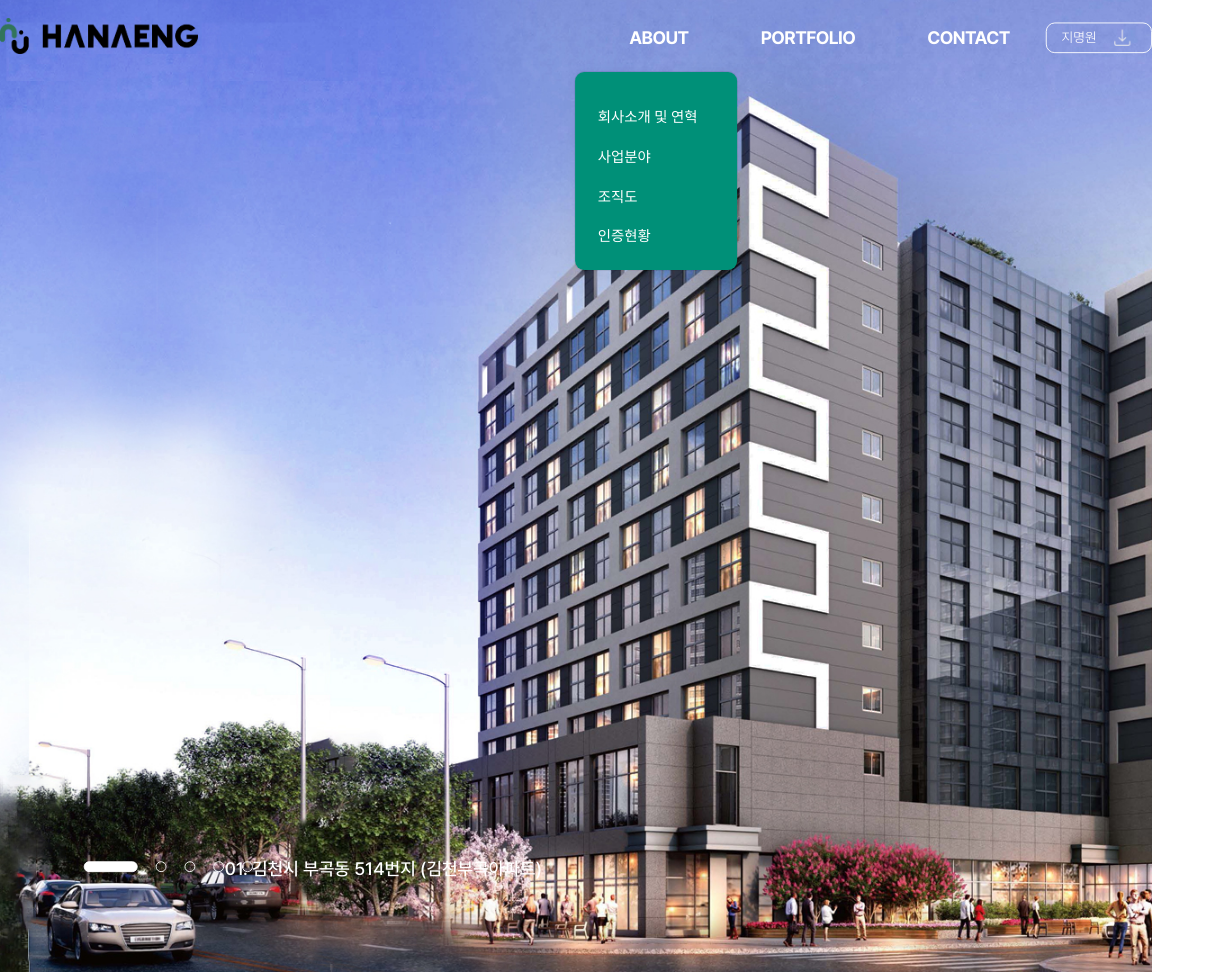
Repository: makeditWeb/hanaenc
Page: main.html
The author's editor kept a copy of each file at every save. The page is drawn from the files as they stood at one save, then again after the next save.
The browser window is 1280 px wide. The page is 1363 px wide, so the pictures cover 1363 px, including what lies to the right of the window. The pictures show the whole page, at 90% of full size.
After loading, the first visible `button.nav-link` was clicked once.
Some web libraries are served in a nearby version.

Above is the page before, as saved 2023-07-05 19:07:52.

### main.html
<!DOCTYPE html>
<html lang="en">
<head>
    <meta charset="UTF-8">
    <meta name="viewport" content="width=device-width, initial-scale=1.0">
    <title>Document</title>

    <link rel="stylesheet" href="./css/style.css">

    <link rel="stylesheet" type="text/css" href="//cdn.jsdelivr.net/npm/slick-carousel@1.8.1/slick/slick.css"/>
</head>
<body>
    <header id="nav-menu" aria-label="navigation bar">
        <div class="container">
            <div class="nav-start">
                <a class="logo" href="/">
                    <img src="./image/logo_b.png"alt="Logo" />
                </a>

            </div>



            <div class="nav-end">
                <nav class="menu">
                    <ul class="menu-bar">
                        <li>
                            <button class="nav-link dropdown-btn" data-dropdown="dropdown1" aria-haspopup="true"
                                aria-expanded="false" aria-label="discover">
                                ABOUT
                            </button>
                            <div id="dropdown1" class="dropdown">
                                <ul role="menu">
                                    <li role="menuitem">
                                        <a class="dropdown-link" href="#branding">회사소개 및 연혁</a>
                                    </li>
                                    <li role="menuitem">
                                        <a class="dropdown-link" href="#branding">사업분야</a>
                                    </li>
                                    <li role="menuitem">
                                        <a class="dropdown-link" href="#illustrations">조직도</a>
                                    </li>
                                    <li role="menuitem">
                                        <a class="dropdown-link" href="#illustrations">인증현황</a>
                                    </li>
                                </ul>
                            </div>
                        </li>
                        <li><a class="nav-link" href="/">PORTFOLIO</a></li>
                        <li><a class="nav-link" href="/">CONTACT</a></li>
                    </ul>
                </nav>
                <div class="download_wrap">
                    <p>지명원</p>
                    <img src="./image/navbar_down_w.png">
                </div>
                <button id="hamburger" aria-label="hamburger" aria-haspopup="true" aria-expanded="false">
                    <i class="bx bx-menu" aria-hidden="true"></i>
                </button>
            </div>
        </div>
    </header>

    <section class="main">
        <div class="main-slide-wrap">
            <div class="main-slide">
                <img src="./image/main_slide1.jpg" alt="slide1">
                <p class="slide_title">01. 김천시 부곡동 514번지 (김천부곡아파트)</p>
            </div>
            <div class="main-slide">
                <img src="./image/main_slide2.jpg" alt="slide1">
                <p class="slide_title">01. 김천시 부곡동 514번지 (김천부곡아파트)</p>
            </div>
            <div class="main-slide">
                <img src="./image/main_slide3.jpg" alt="slide1">
                <p class="slide_title">01. 김천시 부곡동 514번지 (김천부곡아파트)</p>
            </div>
            <div class="main-slide">
                <img src="./image/main_slide4.jpg" alt="slide1">
                <p class="slide_title">01. 김천시 부곡동 514번지 (김천부곡아파트)</p>
            </div>
            <div class="main-slide">
                <img src="./image/main_slide5.jpg" alt="slide1">
                <p class="slide_title">01. 김천시 부곡동 514번지 (김천부곡아파트)</p>
            </div>
        </div>
    </section>
</body>

<script type="text/javascript" src="//code.jquery.com/jquery-1.11.0.min.js"></script>
<script type="text/javascript" src="//cdn.jsdelivr.net/npm/slick-carousel@1.8.1/slick/slick.min.js"></script>
<script src="./js/main.js"></script>

<script>
    $(document).ready(function () {
        $('.main-slide-wrap').slick({
            infinite: true,
            slidesToShow: 1,
            dots: true,
            arrows:false,
        });
    });
</script>
</html>

### css/style.css
* {
    margin: 0;
    padding: 0;
    box-sizing: border-box;
}

:root {
    --dark-grey: #333333;
    --medium-grey: #636363;
    --light-grey: #eeeeee;
    --ash: #f4f4f4;
    --primary-color: #2b72fb;
    --white: white;
    --border: 1px solid var(--light-grey);
    --shadow: rgba(0, 0, 0, 0.05) 0px 6px 24px 0px,
        rgba(0, 0, 0, 0.08) 0px 0px 0px 1px;
    --main-color:#009078;
}


@font-face {
    font-family: 'Pretendard-Thin';
    src: url('../font/Pretendard-Thin.woff') format('woff'),
        url('../font/Pretendard-Thin.woff2') format('woff2');
    font-weight: 100;
    font-style: normal;
}

@font-face {
    font-family: 'Pretendard-ExtraLight';
    src: url('../font/Pretendard-ExtraLight.woff') format('woff'),
    url('../font/Pretendard-ExtraLight.woff2') format('woff2');
    font-weight: 200;
    font-style: normal;
}

@font-face {
    font-family: 'Pretendard-Light';
    src: url('../font/Pretendard-Light.woff') format('woff'),
    url('../font/Pretendard-Light.woff2') format('woff2');
    font-weight: 300;
    font-style: normal;
}

@font-face {
    font-family: 'Pretendard-Regular';
    src: url('../font/Pretendard-Regular.woff') format('woff'),
    url('../font/Pretendard-Regular.woff2') format('woff2');
    font-weight: 400;
    font-style: normal;
}

@font-face {
    font-family: 'Pretendard-Medium';
    src: url('../font/Pretendard-Medium.woff') format('woff'),
    url('../font/Pretendard-Medium.woff2') format('woff2');
    font-weight: 500;
    font-style: normal;
}

@font-face {
    font-family: 'Pretendard-SemiBold';
    src: url('../font/Pretendard-SemiBold.woff') format('woff'),
    url('../font/Pretendard-SemiBold.woff2') format('woff2');
    font-weight: 600;
    font-style: normal;
}

@font-face {
    font-family: 'Pretendard-Bold';
    src: url('../font/Pretendard-Bold.woff') format('woff'),
    url('../font/Pretendard-Bold.woff2') format('woff2');
    font-weight: 700;
    font-style: normal;
}

@font-face {
    font-family: 'Pretendard-ExtraBold';
    src: url('../font/Pretendard-ExtraBold.woff') format('woff'),
    url('../font/Pretendard-ExtraBold.woff2') format('woff2');
    font-weight: 800;
    font-style: normal;
}

@font-face {
    font-family: 'Pretendard-Black';
    src: url('../font/Pretendard-Black.woff') format('woff'),
    url('../font/Pretendard-Black.woff2') format('woff2');
    font-weight: 800;
    font-style: normal;
}


body {
    font-family: inherit;

}

ul {
    list-style: none;
}

a {
    text-decoration: none;
}

button {
    border: none;
    background-color: transparent;
    cursor: pointer;
    outline: none;
}

.btn {
    display: block;
    text-align: center;
    padding: 0.6rem 1.4rem;
    font-size: 1rem;
    font-weight: 500;
    border-radius: 5px;
}


.logo {
    width: 220px;
    height: auto;
}

.logo img{
    width: 100%;
    height: 100%;
}

#nav-menu {
    background-color: transparent;
    position: fixed;
    top: 0;
    left: 0;
    height: 100px;
    width: 100%;
    z-index: 9;
    height: 90px;
}

.container {
    display: flex;
    align-items: center;
    justify-content: space-between;
    column-gap: 2rem;

    max-width: 1410px;
    margin: 0 auto;
}

.menu {
    position: relative;
}

.menu-bar li{
    position: relative;
    padding: 10px 0;
}



.menu-bar .dropdown-link-title {
    font-weight: 600;
}


.menu-bar .nav-link {
    font-size: 20px;
    letter-spacing: -0.6px;
    padding: 20px 40px;
    color: #fff;
    font-family: 'Pretendard-Bold';
    box-sizing: border-box;
    position: relative;
}

.menu-bar li:first-child .nav-link:hover::after{
    position: absolute;
    content: "";
    border-bottom: 4px solid var(--main-color);
    width: 50px;
    bottom: 9px;
    left: 50%;
    transform: translate(-50%);
}

.menu-bar .nav-link:hover,
.dropdown-link:hover {
    color: #fff;
}

.nav-start,
.nav-end,
.menu-bar,
.right-container,
.right-container .search {
    display: flex;
    align-items: center;
}

.dropdown {
    display: flex;
    flex-direction: column;
    width: 180px;
    height: 220px;
    background-color: var(--main-color);
    border-radius: 10px;
    position: absolute;
    top: 80px;
    left: -25px;
    z-index: 1;
    visibility: hidden;
    opacity: 0;
    transform: scale(0.97) translateX(-5px);
    transition: 0.1s ease-in-out;
    box-shadow: var(--shadow);
}

.dropdown.active {
    visibility: visible;
    opacity: 1;
    transform: scale(1) translateX(5px);
}

.dropdown ul {
    display: flex;
    flex-direction: column;
    padding: 27px 25px;
}

.dropdown-btn {
    display: flex;
    align-items: center;
    justify-content: space-between;
    gap: 0.15rem;
}

.dropdown-link {
    color: #fff;
    transition: 0.1s ease-in-out;
}

.dropdown-link p {
    font-size: 20px;
}

.right-container {
    display: flex;
    align-items: center;
    column-gap: 1rem;
}

.menu-bar .nav-link:hover .dropdown {
    visibility: visible;
    opacity: 1;
    transform: scale(1) translateX(0);
}

.menu-bar .nav-link:hover .dropdown ul {
    transition-delay: 0.1s;
    transform: translateY(0);
}



#hamburger {
    display: none;
    padding: 0.1rem;
    margin-left: 1rem;
    font-size: 1.9rem;
}

.download_wrap{
    display: flex;
    align-items: center;
    justify-content: center;
    border: 1px solid #fff;
    border-radius: 10px;
    width: 118px;
    height: 34px;

}

.download_wrap p{
    font-size: 15px;
    color: #fff;
    font-family: 'Pretendard-Light';
    margin-right: 14px;
}

.download_wrap img{
    width: 30px;
    height: 30px;
}

.main-slide {
    width: 100%;
    position: relative;
}

.main-slide p{
    color: #fff;
    position: absolute;
    bottom: 103px;
    left: 19.5%;
    font-size: 20px;
    font-family: 'Pretendard-Medium';
}

.slick-dots{
    display: flex;
    align-items: center;
    padding: 1rem 0;
    list-style-type: none;
    position: absolute;
    bottom: 95px;
    max-width: 1410px;
    width: 100%;
    margin: 0 auto;
    left: 6.5%;
}

.slick-dots li {
    margin: 0 10px;
}

.slick-dots button {
    display: block;
    width: 12px;
    height: 12px;
    border-radius: 50%;
    padding: 0;
    border: none;
    background-color: transparent;
    border: 1px solid #fff;
    text-indent: -9999px;
}

.slick-dots li.slick-active button {
    width: 60px;
    height: 12px;
    background-color: #fff;
    border-radius: 10px;
  }

@media (max-width: 1100px) {
    #hamburger {
        display: block;
    }

    .container {
        padding: 1.2rem;
    }

    .menu {
        display: none;
        position: absolute;
        top: 87px;
        left: 0;
        min-height: 100vh;
        width: 100vw;
    }



    .dropdown {
        display: none;
        min-width: 100%;
        border: none !important;
        border-radius: 5px;
        position: static;
        top: 0;
        left: 0;
        visibility: visible;
        opacity: 1;
        transform: none;
        box-shadow: none;
    }

    .menu.show,
    .dropdown.active {
        display: block;
    }

    .dropdown ul {
        padding-left: 0.3rem;
    }

    .menu-bar {
        display: flex;
        flex-direction: column;
        align-items: stretch;
        row-gap: 1rem;
        padding: 1rem;
    }

    .menu-bar .nav-link {
        display: flex;
        justify-content: space-between;
        width: 100%;
        font-weight: 600;
        font-size: 1.2rem;
        margin: 0;
    }

    .menu-bar li:first-child .dropdown {
        min-width: 100%;
    }

    .menu-bar>li:not(:last-child) {
        padding-bottom: 0.5rem;
        border-bottom: var(--border);
    }
}

@media (max-width: 600px) {
    .right-container {
        display: none;
    }
}

### js/main.js


// main

const dropdownBtn = document.querySelectorAll(".dropdown-btn");
const dropdown = document.querySelectorAll(".dropdown");
const hamburgerBtn = document.getElementById("hamburger");
const navMenu = document.querySelector(".menu");
const links = document.querySelectorAll(".dropdown a");

function setAriaExpandedFalse() {
  dropdownBtn.forEach((btn) => btn.setAttribute("aria-expanded", "false"));
}

function closeDropdownMenu() {
  dropdown.forEach((drop) => {
    drop.classList.remove("active");
    drop.addEventListener("click", (e) => e.stopPropagation());
  });
}

function toggleHamburger() {
  navMenu.classList.toggle("show");
}

dropdownBtn.forEach((btn) => {
  btn.addEventListener("click", function (e) {
    const dropdownIndex = e.currentTarget.dataset.dropdown;
    const dropdownElement = document.getElementById(dropdownIndex);

    dropdownElement.classList.toggle("active");
    dropdown.forEach((drop) => {
      if (drop.id !== btn.dataset["dropdown"]) {
        drop.classList.remove("active");
      }
    });
    e.stopPropagation();
    btn.setAttribute(
      "aria-expanded",
      btn.getAttribute("aria-expanded") === "false" ? "true" : "false"
    );
  });
});

// close dropdown menu when the dropdown links are clicked
links.forEach((link) =>
  link.addEventListener("click", () => {
    closeDropdownMenu();
    setAriaExpandedFalse();
    toggleHamburger();
  })
);

// close dropdown menu when you click on the document body
document.documentElement.addEventListener("click", () => {
  closeDropdownMenu();
  setAriaExpandedFalse();
});

// close dropdown when the escape key is pressed
document.addEventListener("keydown", (e) => {
  if (e.key === "Escape") {
    closeDropdownMenu();
    setAriaExpandedFalse();
  }
});

// toggle hamburger menu
hamburgerBtn.addEventListener("click", toggleHamburger);

After the next save:
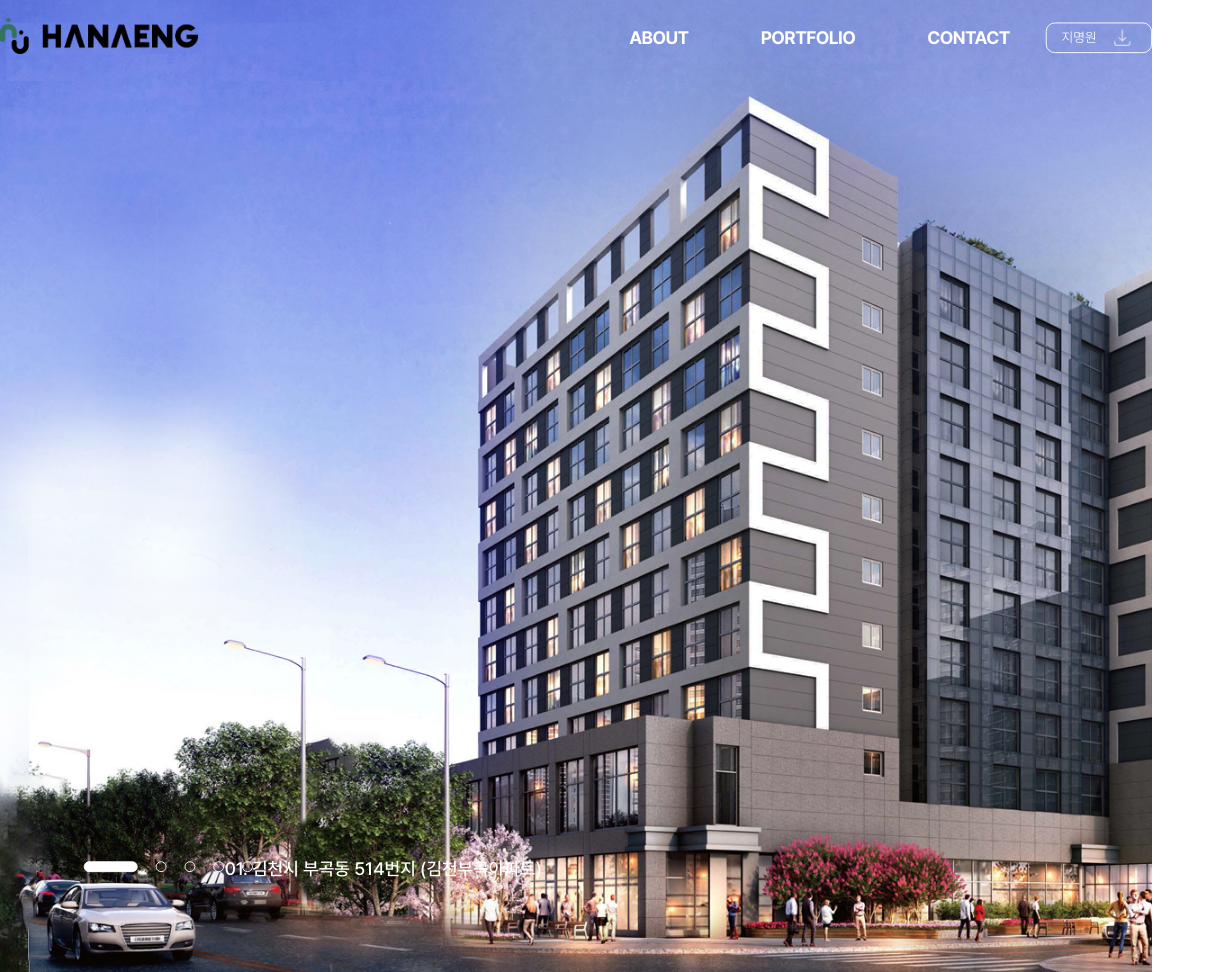
Saved 96 s later.
--- a/css/style.css
+++ b/css/style.css
@@ -220,6 +220,7 @@
     box-shadow: var(--shadow);
 }
 
+.menu-bar .nav-link:hover
 .dropdown.active {
     visibility: visible;
     opacity: 1;
@@ -254,16 +255,6 @@
     column-gap: 1rem;
 }
 
-.menu-bar .nav-link:hover .dropdown {
-    visibility: visible;
-    opacity: 1;
-    transform: scale(1) translateX(0);
-}
-
-.menu-bar .nav-link:hover .dropdown ul {
-    transition-delay: 0.1s;
-    transform: translateY(0);
-}
 
 
 
